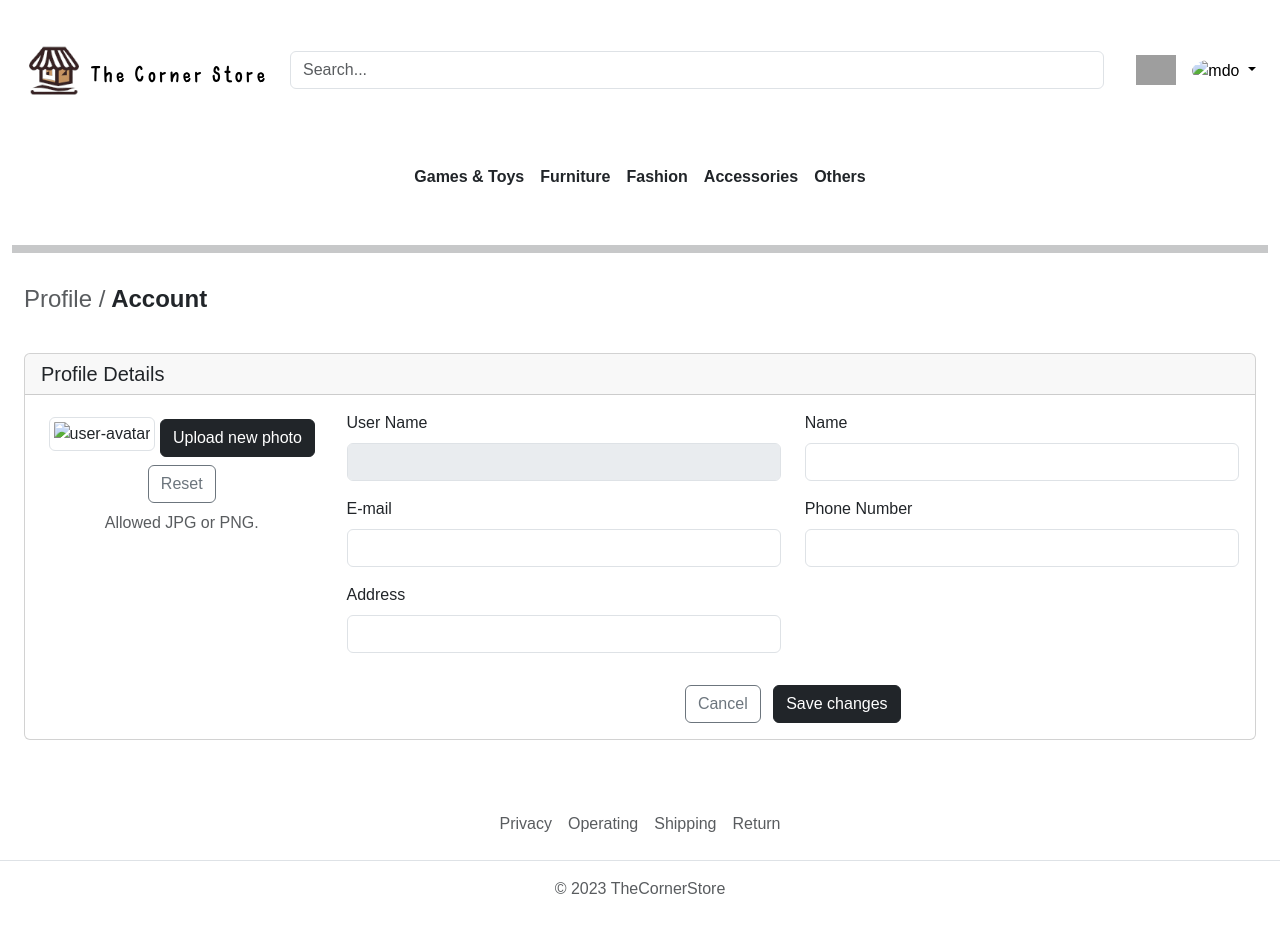
Repository: mintdunno/ass2-fullStack
Page: views/customer-profile.ejs
The author's editor kept a copy of each file at every save. The page is drawn from the files as they stood at one save, then again after the next save.
The browser window is 1280 px wide. The pictures show the whole page.
Pictures or frames that could not be fetched are drawn as grey boxes. Some web fonts or font styles are not loaded; a fallback is used. The page is served by the project's Node server (index.js). Other server files are loaded and not shown. The template is opened directly, without the code that normally fills it, so the values that code supplies are empty.

Above is the page before, as saved 2023-09-24 09:38:38.
Not found: css/header.css

### views/customer-profile.ejs
<!-- Header for customer homepage -->
<%- include('./partials/customer-head') %>
    <hr style="border: solid 4px;">

    <!-- Main Content Section -->
    <div class="container-xxl flex-grow-1 container-p-y">
        <h4 class="fw-bold py-3 mb-4">
            <span class="text-muted fw-light">Profile /</span> Account
        </h4>
        <div class="row">
            <div class="col-md-12">
                <div class="card mb-4">
                    <h5 class="card-header">Profile Details</h5>
                    <!-- Account -->
                    <div class="card-body">
                        <div class="row">
                            <div class="col-md-3 text-center">
                                <form id="formAccountSettings" method="POST"
                                    action="/customer/profile/<%= customer._id %>" enctype="multipart/form-data"
                                    onsubmit="alert('Data Saved');">
                                    <img src="data:[embedded picture, 117 characters]"
                                        alt="user-avatar" class="img-thumbnail" id="uploadedAvatar">
                                    <label for="upload" class="btn btn-dark mt-2">
                                        <span class="d-none d-sm-block">Upload new photo</span>
                                        <i class="bx bx-upload d-block d-sm-none"></i>
                                        <input type="file" id="upload" class="account-file-input" name="profilePicture"
                                            hidden accept="image/png, image/jpeg">
                                    </label>
                                    <button type="button" class="btn btn-outline-secondary mt-2 account-image-reset">
                                        <i class="bx bx-reset d-block d-sm-none"></i>
                                        <span class="d-none d-sm-block">Reset</span>
                                    </button>
                                    <p class="text-muted mt-2">Allowed JPG or PNG.</p>
                            </div>
                            <div class="col-md-9">

                                <div class="row">
                                    <div class="mb-3 col-md-6">
                                        <label for="user-name" class="form-label">User Name</label>
                                        <input type="text" class="form-control" id="username" name="username"
                                            value="<%= customer?.username %>" disabled>
                                    </div>
                                    <div class="mb-3 col-md-6">
                                        <label for="name" class="form-label">Name</label>
                                        <input class="form-control" type="text" minlength="5" id="fullname"
                                            name="fullname" value="<%= customer?.fullname %>">
                                    </div>
                                    <div class="mb-3 col-md-6">
                                        <label for="email" class="form-label">E-mail</label>
                                        <input class="form-control" type="email" minlength="5" id="email" name="email"
                                            value="<%= customer?.email %>">
                                    </div>
                                    <div class="mb-3 col-md-6">
                                        <label class="form-label" for="phoneNumber">Phone Number</label>
                                        <div class="input-group input-group-merge">
                                            <input type="number" min="100000000" max="99999999999" id="phone"
                                                name="phone" class="form-control" value="<%= customer?.phone %>">
                                        </div>
                                    </div>
                                    <div class="mb-3 col-md-6">
                                        <label for="address" class="form-label">Address</label>
                                        <input type="text" class="form-control" id="address" name="address"
                                            value="<%= customer?.address %>">
                                    </div>
                                </div>
                                <div class="text-center mt-3">
                                    <button type="reset" class="btn btn-outline-secondary me-2">Cancel</button>
                                    <button type="submit" class="btn btn-dark">Save changes</button>
                                </div>
                                </form>
                            </div>
                        </div>
                    </div>
                </div>
                <!-- /Account -->
            </div>
        </div>
    </div>
    <!-- Main Content Section Ends -->
    </div>
    <!-- Footer Section -->
    <%- include('./partials/customer-footer') %>
        <!-- JavaScript and jQuery Scripts -->
        <script src="https://cdn.jsdelivr.net/npm/bootstrap@5.3.1/dist/js/bootstrap.bundle.min.js"
            integrity="sha384-HwwvtgBNo3bZJJLYd8oVXjrBZt8cqVSpeBNS5n7C8IVInixGAoxmnlMuBnhbgrkm"
            crossorigin="anonymous"></script>
        <script>
            document.addEventListener("DOMContentLoaded", function () {
                const uploadInput = document.getElementById("upload");
                const uploadedAvatar = document.getElementById("uploadedAvatar");
                const imageResetButton = document.querySelector(".account-image-reset");

                // Add an event listener to the file input
                uploadInput.addEventListener("change", function (e) {
                    const file = e.target.files[0];

                    if (file) {
                        // Create a FileReader to read the selected file
                        const reader = new FileReader();

                        reader.onload = function (e) {
                            // Update the image source with the selected file
                            uploadedAvatar.src = e.target.result;
                        };

                        // Read the file as a data URL
                        reader.readAsDataURL(file);
                    }
                });

                // Add an event listener to the reset button
                imageResetButton.addEventListener("click", function () {
                    // Reset the image source to its original state (e.g., a default image)
                    uploadedAvatar.src = "path/to/default/image.png"; // Replace with the default image URL
                    // Clear the file input value to allow reselection of the same file
                    uploadInput.value = "";
                });
            });
        </script>
        </body>

        </html>

### views/partials/customer-head.ejs
<!DOCTYPE html>
<html lang="en">

<head>
  <meta charset="UTF-8" />
  <meta name="viewport" content="width=device-width, initial-scale=1.0" />
  <link rel="shortcut icon" href="/img/favicon.png" type="image/x-icon">
  <title>The Corner Store</title>
  <link rel="preconnect" href="https://fonts.googleapis.com" />
  <link rel="preconnect" href="https://fonts.gstatic.com" crossorigin />
  <!-- Font -->
  <link href="https://fonts.googleapis.com/css2?family=Quicksand:wght@400;600;700&display=swap" rel="stylesheet" />
  <!-- Boostrap -->
  <link href="https://cdn.jsdelivr.net/npm/bootstrap@5.3.1/dist/css/bootstrap.min.css" rel="stylesheet"
    integrity="sha384-4bw+/aepP/YC94hEpVNVgiZdgIC5+VKNBQNGCHeKRQN+PtmoHDEXuppvnDJzQIu9" crossorigin="anonymous" />
  <link rel="stylesheet" href="/css/styles.css" />
  <link rel="stylesheet" href="/css/header.css" />
  <link rel="stylesheet" href="/css/detail.css">
  <link rel="stylesheet" href="/css/cart.css" />
</head>

<body>
  <!-- Header Section Is Here -->
  <div class="container-fluid">
    <header class="pb-4">
      <div class="container-fluid d-flex gap-3 align-items-center flex-wrap justify-content-between">
        <div class="">
          <!-- Logo is hear -->
          <a href="/customer/homepage/<%= customer._id %>"
            class="d-flex align-items-center col-lg-4 mb-2 mb-lg-0 link-body-emphasis text-decoration-none">
            <img loading="lazy" width="250px" src="/img/logo.svg" alt="Logo" />
          </a>
        </div>

        <div class="d-flex align-items-center col gap-3">
          <form method="get" action="/customer/<%= customer._id %>/search" class="w-100 me-3 search" role="search">
            <input type="search" id="search-term" name="search-term" class="form-control" placeholder="Search..."
              aria-label="Search" />
          </form>
          <div class="shopping">
            <div class="shoppingCart">
              <a href="/customer/cart/<%= customer._id %>"><img loading="lazy"
                  src="https://file.hstatic.net/200000642007/file/icon-cart_d075fce117f74a07ae7f149d8943fc33.svg"
                  data-src="https://file.hstatic.net/200000642007/file/icon-cart_d075fce117f74a07ae7f149d8943fc33.svg"
                  alt="Icon cart" width="30" height="30" /></a>
              </span>
            </div>
          </div>
          <!-- User Icon -->
          <div class="flex-shrink-0 dropdown">
            <a href="#" class="d-block link-body-emphasis text-decoration-none dropdown-toggle"
              data-bs-toggle="dropdown" aria-expanded="false">
              <img loading="lazy"
                src="data:[embedded picture, 116 characters]"
                alt="mdo" width="30" height="30" class="rounded-circle" />
            </a>
            <ul class="dropdown-menu text-small shadow">
              <li>
                <a class="dropdown-item" href="/customer/profile/<%= customer?._id %>">Profile</a>
              </li>
              <li>
                <hr class="dropdown-divider" />
              </li>
              <li><a class="dropdown-item" href="/">Sign out</a></li>
            </ul>
          </div>
        </div>
      </div>

      <nav class="navbar navbar-expand-md bg-body-white mt-2">
        <div class="container-fluid justify-content-center">
          <button class="navbar-toggler" type="button" data-bs-toggle="collapse" data-bs-target="#navbarNavDropdown"
            aria-controls="navbarNavDropdown" aria-expanded="false" aria-label="Toggle navigation">
            <span class="navbar-toggler-icon"></span>
          </button>
          <div class="collapse navbar-collapse justify-content-center" id="navbarNavDropdown">
            <ul class="navbar-nav">
              <li class="nav-item">
                <a class="nav-link text-dark fw-bold" href="/customer/<%= customer._id %>/category/gamesAndToys">Games &
                  Toys</a>
              </li>
              <li class="nav-item">
                <a class="nav-link text-dark fw-bold"
                  href="/customer/<%= customer._id %>/category/furniture">Furniture</a>
              </li>
              <li class="nav-item">
                <a class="nav-link text-dark fw-bold" href="/customer/<%= customer._id %>/category/fashion">Fashion</a>
              </li>
              <li class="nav-item">
                <a class="nav-link text-dark fw-bold"
                  href="/customer/<%= customer._id %>/category/accessories">Accessories</a>
              </li>
              <li class="nav-item">
                <a class="nav-link text-dark fw-bold" href="/customer/<%= customer._id %>/category/others">Others</a>
              </li>
            </ul>
          </div>
        </div>
      </nav>
    </header>
    <!--------- Header Section Is Here -------->

### views/partials/customer-footer.ejs
<!------------- Footer section is HERE --------------------->
<footer class="py-3 mt-4">
  <ul class="nav justify-content-center border-bottom pb-3 mb-3">
    <li class="nav-item"><a href="/customer/<%= customer._id %>/privacy"
        class="nav-link px-2 text-body-secondary">Privacy</a>
    </li>
    <li class="nav-item"><a href="/customer/<%= customer._id %>/operating"
        class="nav-link px-2 text-body-secondary">Operating
      </a>
    </li>
    <li class="nav-item"><a href="/customer/<%= customer._id %>/shipping"
        class="nav-link px-2 text-body-secondary">Shipping</a>
    </li>
    <li class="nav-item"><a href="/customer/<%= customer._id %>/return" class="nav-link px-2 text-body-secondary">Return
      </a></li>
  </ul>
  <p class="text-center text-body-secondary">© 2023 TheCornerStore</p>
</footer>
<!------------- Footer section ends HERE --------------------->
</div>

<script src="https://cdn.jsdelivr.net/npm/bootstrap@5.3.1/dist/js/bootstrap.bundle.min.js"
  integrity="sha384-HwwvtgBNo3bZJJLYd8oVXjrBZt8cqVSpeBNS5n7C8IVInixGAoxmnlMuBnhbgrkm" crossorigin="anonymous"></script>
</body>

</html>

### index.js
const express = require("express");
const app = express();
const port = 6900;
const fileUpload = require("express-fileupload");

// Routers
const vendorRoute = require("./routes/vendor");
const loginRoute = require("./routes/login");
const registerRouter = require("./routes/register");
const customerRouter = require("./routes/customer");
const shipperRouter = require("./routes/shipper");

app.set("view engine", "ejs");
app.use(express.static("public"));
app.use(fileUpload());
// Process Post form
app.use(express.urlencoded({ extended: true }));

// Route for login page. Users have to log in to use the website
// Login part section is here
app.use("/", loginRoute);
// Route for register page
app.use("/register", registerRouter);
// Vendor Route part
app.use("/vendor", vendorRoute);
//Customer Part
app.use("/customer", customerRouter);
//Shipper Part
app.use("/shipper", shipperRouter);


app.listen(port, () => {
  console.log(`Server started on port ${port}`);
});

### public/css/styles.css
body {
    font-family: 'Quicksand', sans-serif;
}

.nav-item {
    color: black;
}

.breadcrumb-item a {
    text-decoration: none;
}

### public/css/detail.css
.prod-detail {
    font-size: 20px;
}

.prod-detail h2 {
    font-weight: 600;
}

.prod-detail button {
    background-color: black;
    color: white;
}

.small-img-group {
    display: flex;
    justify-content: space-between;
}

.small-img-col {
    flex-basis: 32%;
}

.accordion-button:not(.collapsed) {
    background-color: #EEEEEE;
}

/* change card img height to sync */

/* @media only screen and (min-width: 600px) {
    #smallCard img {
        height: 300px;
    }
} */

### public/css/cart.css
.shopping {
    position: relative;
    text-align: right;
}

.shopping img {
    width: 40px;
}

Loaded but not shown: public/img/logo.svg (1 lines, source omitted)

After the next save:
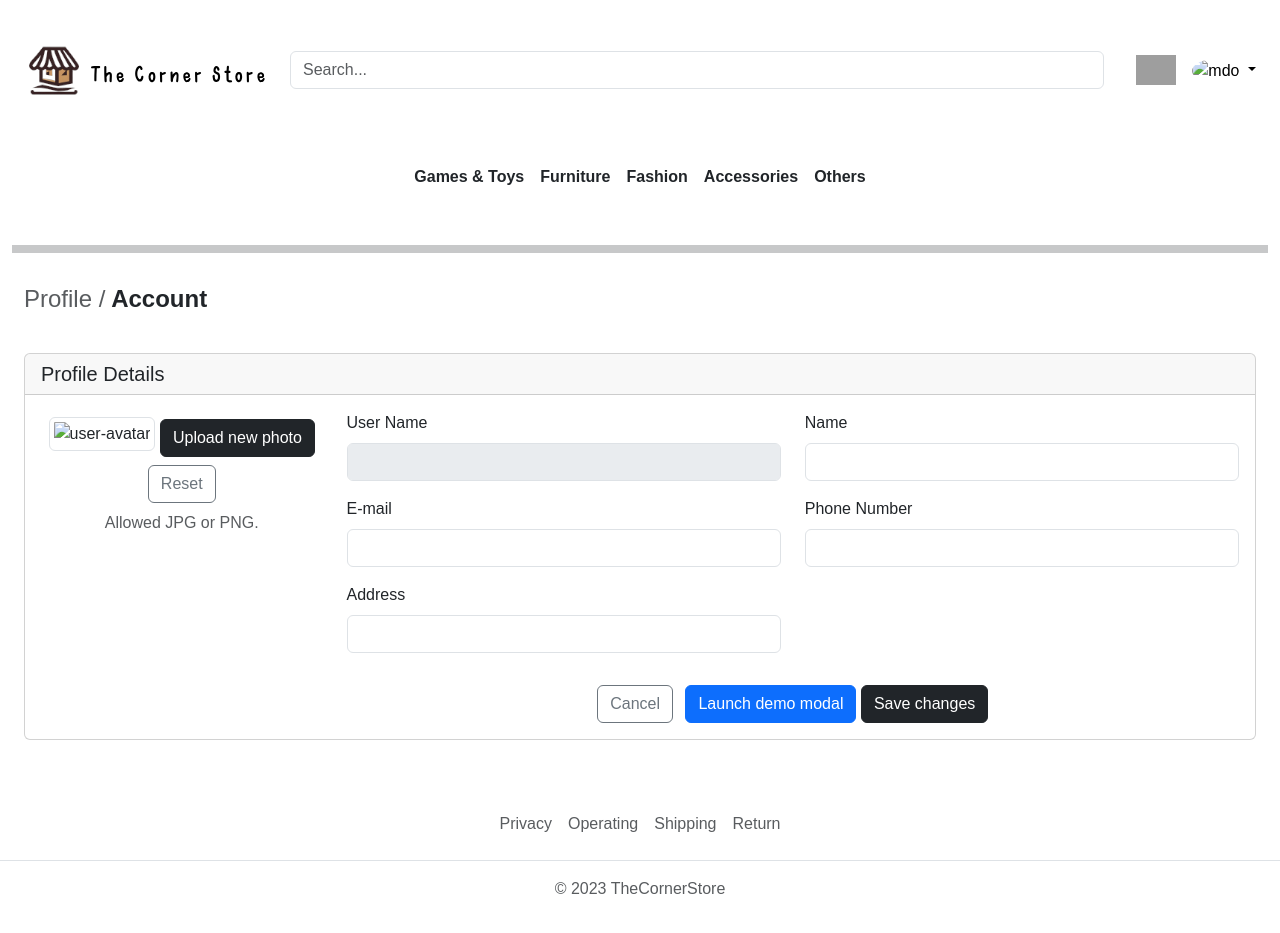
Saved 36 min 58 s later.
--- a/views/customer-profile.ejs
+++ b/views/customer-profile.ejs
@@ -65,6 +65,32 @@
                                 </div>
                                 <div class="text-center mt-3">
                                     <button type="reset" class="btn btn-outline-secondary me-2">Cancel</button>
+                                    <button type="button" class="btn btn-primary" data-bs-toggle="modal"
+                                        data-bs-target="#exampleModal">
+                                        Launch demo modal
+                                    </button>
+
+                                    <!-- Modal -->
+                                    <div class="modal fade" id="exampleModal" tabindex="-1"
+                                        aria-labelledby="exampleModalLabel" aria-hidden="true">
+                                        <div class="modal-dialog">
+                                            <div class="modal-content">
+                                                <div class="modal-header">
+                                                    <h1 class="modal-title fs-5" id="exampleModalLabel">Modal title</h1>
+                                                    <button type="button" class="btn-close" data-bs-dismiss="modal"
+                                                        aria-label="Close"></button>
+                                                </div>
+                                                <div class="modal-body">
+                                                    ...
+                                                </div>
+                                                <div class="modal-footer">
+                                                    <button type="button" class="btn btn-secondary"
+                                                        data-bs-dismiss="modal">Close</button>
+                                                    <button type="button" class="btn btn-primary">Save changes</button>
+                                                </div>
+                                            </div>
+                                        </div>
+                                    </div>
                                     <button type="submit" class="btn btn-dark">Save changes</button>
                                 </div>
                                 </form>
